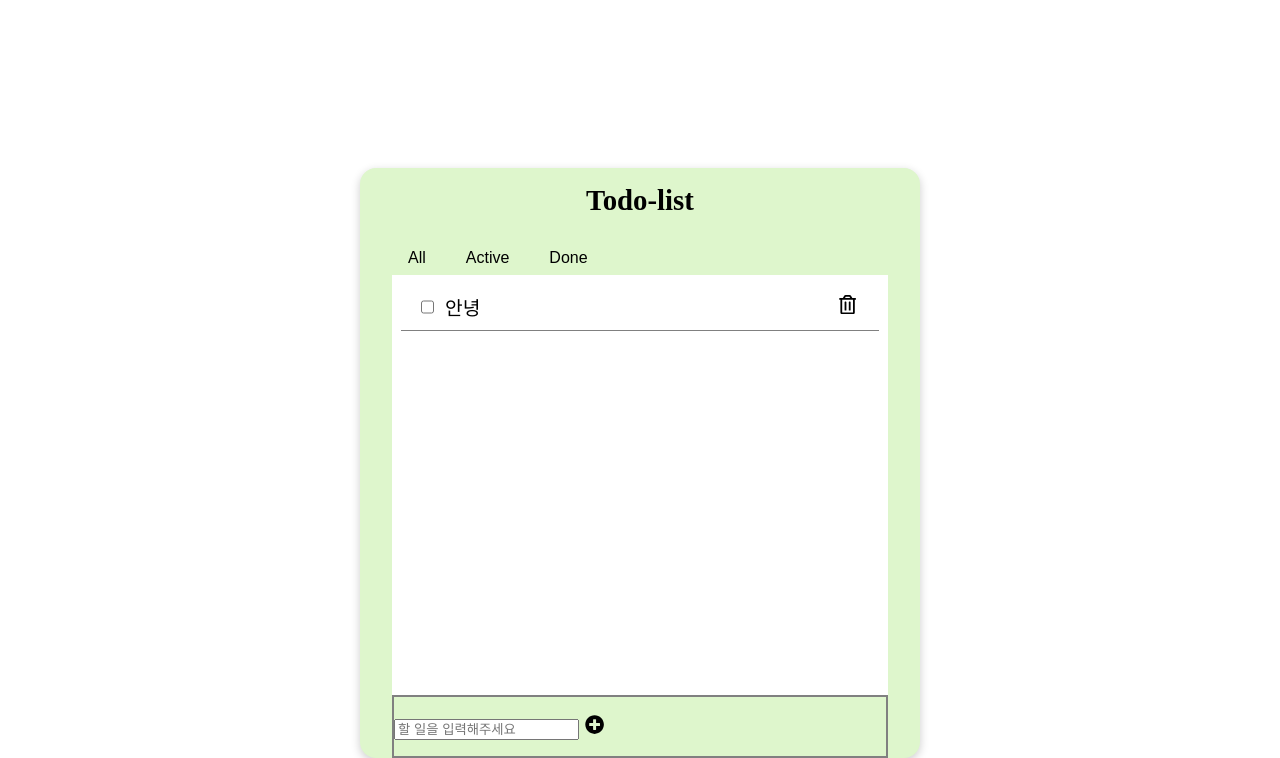
Repository: Yugayoung/todoList
Page: /
An editor plug-in stored every save of this project. The page is shown before and after the next save, followed by the edit.
The browser window is 1280 px wide. The pictures show the whole page.
Some web fonts or font styles are not loaded; a fallback is used. The project was rebuilt for these pictures with package versions that can differ from the ones it lists, and the page was loaded fresh each time. Also part of the build but not shown: src/App.css.

Above is the page before, as saved 2024-03-21 17:45:49.

### src/index.css
@font-face {
  font-family: 'IM_Hyemin-Bold';
  src: url('./fonts/IM_Hyemin-Regular.otf') format('opentype');
  font-weight: normal;
  font-style: normal;
}

body {
  margin: 0;
  font-family: 'IM_Hyemin-Bold';
  -webkit-font-smoothing: antialiased;
  -moz-osx-font-smoothing: grayscale;
  width: 100vw;
  height: 100vh;
  display: flex;
  justify-content: center;
  align-items: center;
  font-size: 1.2rem;
}

code {
  font-family: source-code-pro, Menlo, Monaco, Consolas, 'Courier New',
    monospace;
}
#root {
  width: 100%;
  height: 60%;
  max-width: 35rem;
}

### src/App.js
import './App.css';
import Todo from './pages/Todo';

function App() {
  return (
    <>
      <Todo />
    </>
  );
}

export default App;

### src/pages/todo.jsx
import React from 'react';
import styled from 'styled-components';
import { FaPlusCircle } from 'react-icons/fa';
import { FaRegTrashAlt } from 'react-icons/fa';

const Title = styled.h2`
  text-align: center;
  font-weight: bold;
  padding: 1rem 0rem 0rem 0rem;
`;

const TodoList = styled.section`
  background-color: #def6cc;
  border-radius: 1rem;
  box-shadow: 0 3px 10px rgb(0, 0, 0, 0.2);
  padding: 0rem 2rem;
`;

const TapBtn = styled.button`
  background-color: transparent;
  border: none;
  margin-right: 0.5rem;
  padding: 0.5rem 1rem;
  font-size: 1rem;
  &:hover {
    color: #fd6cfd;
  }
  &:active {
    background-color: white;
    border-radius: 1rem 1rem 0rem 0rem;
    font-weight: bold;
  }
`;

const TodoLi = styled.li`
  list-style: none;
  padding: 0rem 1rem 0.6rem 1rem;
  display: flex;
  justify-content: space-between;
  margin: 0.5rem;
  border-bottom: 1px solid gray;
`;
const Btn = styled.button`
  background-color: transparent;
  border: none;
  font-size: 1.2rem;
  padding-top: 2px;
  &:hover {
    color: red;
  }
`;
const Label = styled.label`
  flex: 1 1;
  margin: 0rem 0.5rem;
`;
const TodoUl = styled.ul`
  background-color: white;
  margin: 0rem;
  height: 400px;
  padding: 10px 1px;
  flex: 1 1 auto;
  overflow-y: auto;
`;
const InputForm = styled.form`
  background-color: transparent;
  border: 2px solid gray;
  padding: 1rem 0rem;
`;

export default function Todo() {
  return (
    <>
      <TodoList>
        {/* 할일 state */}
        <Title>Todo-list</Title>
        <div>
          <TapBtn>All</TapBtn>
          <TapBtn>Active</TapBtn>
          <TapBtn>Done</TapBtn>
        </div>

        {/* addTodoList */}
        <TodoUl>
          <TodoLi>
            <input type='checkbox' />
            <Label htmlFor=''>안녕</Label>
            <Btn>
              <FaRegTrashAlt />
            </Btn>
          </TodoLi>
        </TodoUl>

        {/* 할일 입력 */}
        <InputForm>
          <input type='text' placeholder='할 일을 입력해주세요' />
          <Btn>
            <FaPlusCircle />
          </Btn>
        </InputForm>
      </TodoList>
    </>
  );
}

Loaded but not shown: public/index.html (common file); src/index.js (common file); src/reportWebVitals.js (common file)

After the next save:
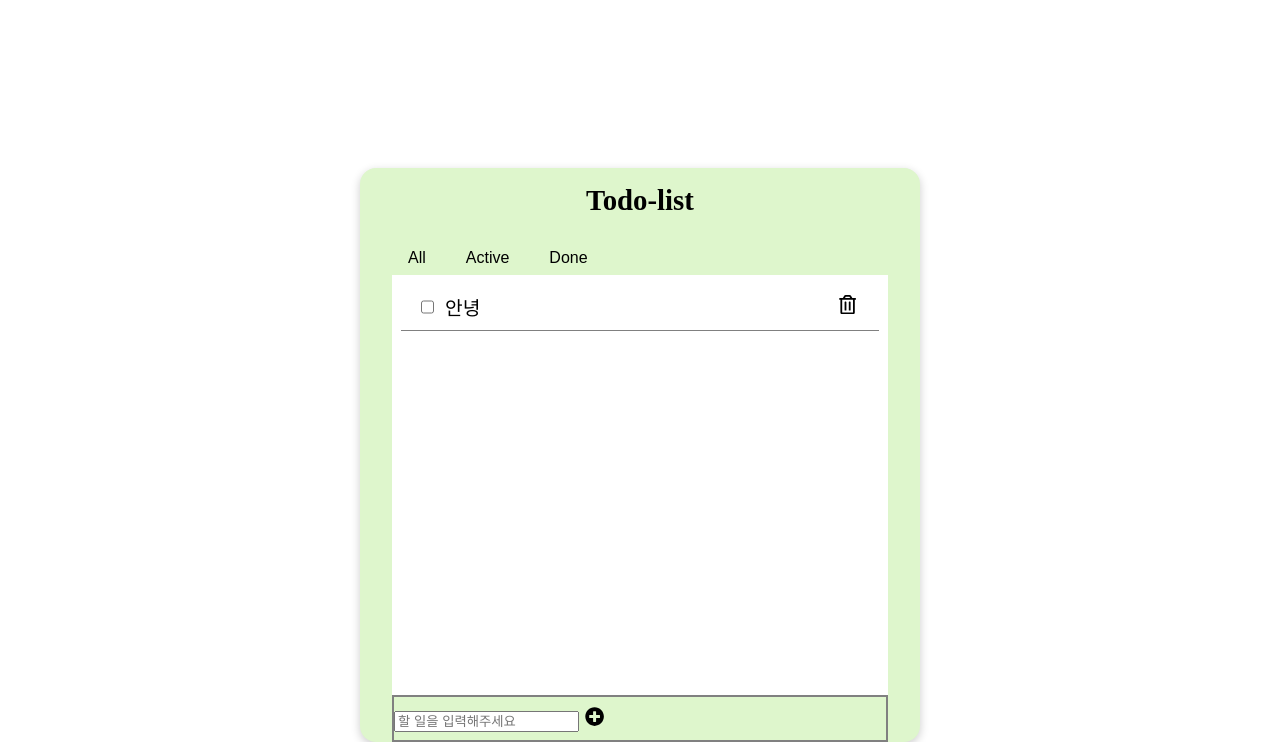
Saved 60 s later.
--- a/src/pages/todo.jsx
+++ b/src/pages/todo.jsx
@@ -64,7 +64,7 @@ const TodoUl = styled.ul`
 const InputForm = styled.form`
   background-color: transparent;
   border: 2px solid gray;
-  padding: 1rem 0rem;
+  padding: 0.5rem 0rem;
 `;
 
 export default function Todo() {
